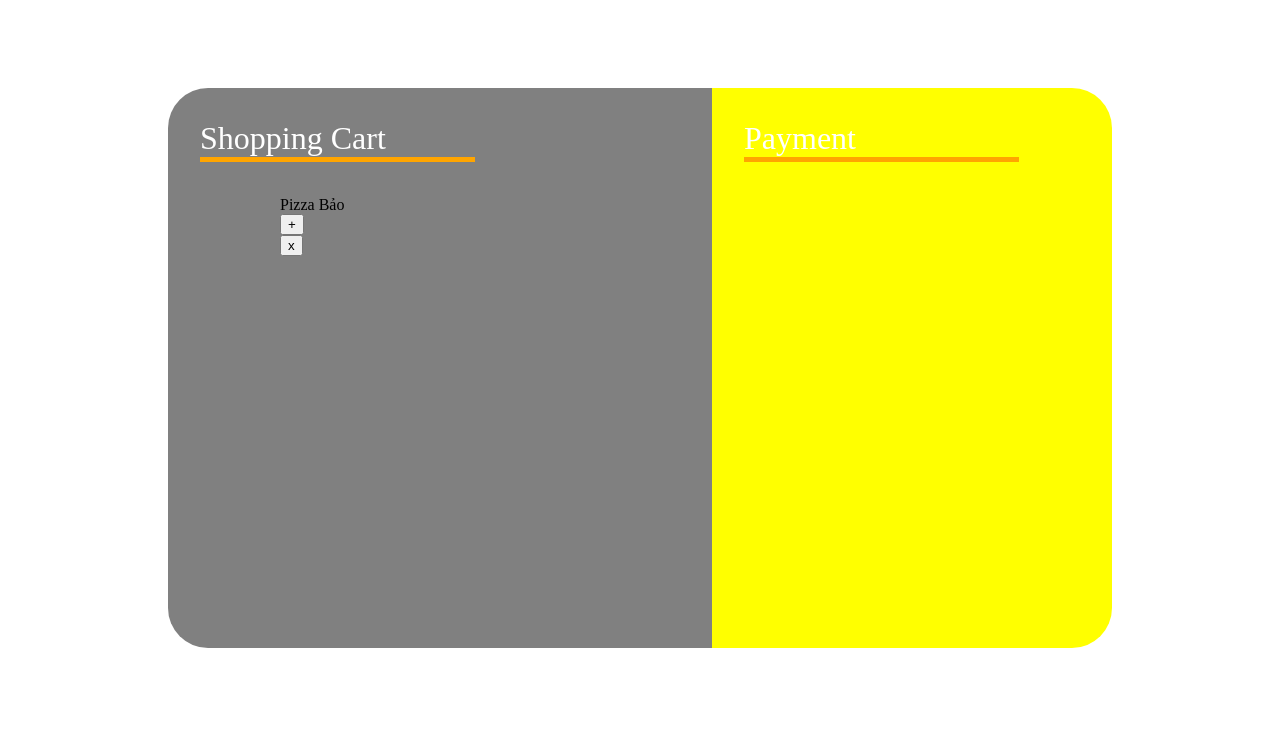
Repository: NDBaoFE/pizza-ordering-hiep
Page: /checkout
The author's editor kept a copy of each file at every save. The page is drawn from the files as they stood at one save, then again after the next save.
The browser window is 1280 px wide. The pictures show the whole page.
The project was rebuilt for these pictures with package versions that can differ from the ones it lists, and the page was loaded fresh each time.

Above is the page before, as saved 2022-08-27 22:04:09.

After the next save:
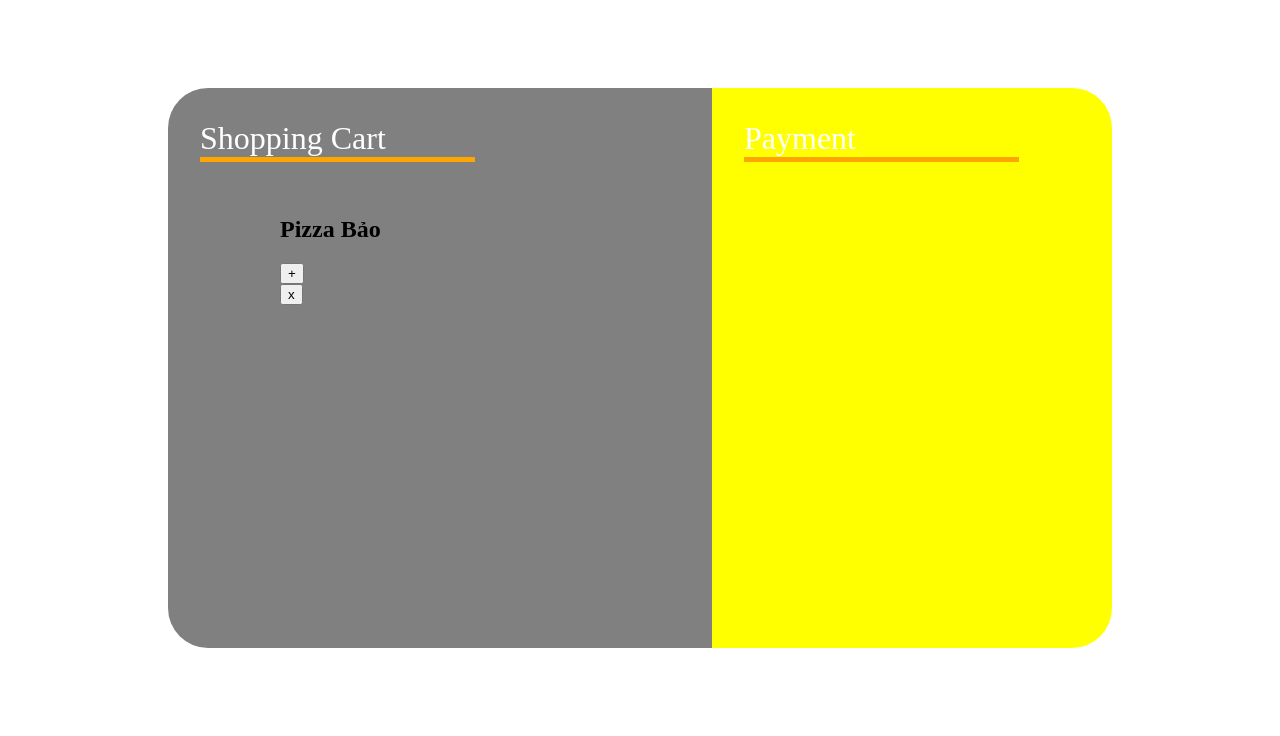
Saved 11 s later.
--- a/src/pages/Checkout/Checkout.styled.js
+++ b/src/pages/Checkout/Checkout.styled.js
@@ -46,7 +46,7 @@ export const Item = styled.ul``
 
 export const Image = styled.img``
 export const Info = styled.div``
-export const PizzaName = styled.div``
+export const PizzaName = styled.h2``
 export const Button = styled.div``
 export const IncreaseBtn = styled.button``
 export const Price = styled.span``
